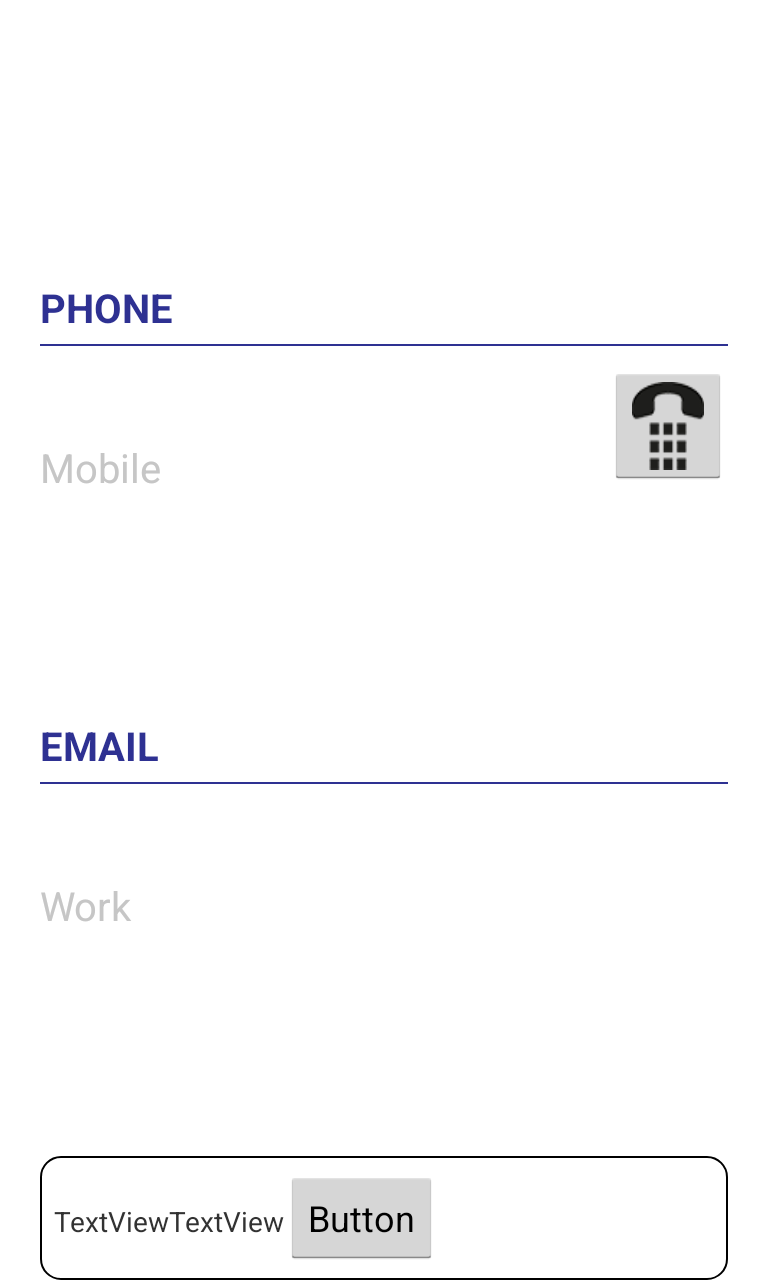
Repository: GitDidNotExitCleanly/FaceLabel
Layout: FaceLabel/res/layout/fragment_member_display.xml
These files come from the project's save history. The layout is drawn as it stood at one moment and after the next save; the edit follows.
It is drawn on a 768 x 1280 px phone screen (xhdpi) without system bars, with theme AppTheme; the app's code is not run.

Above is the layout before, as saved 2015-05-12 17:05:05.

### FaceLabel/res/layout/fragment_member_display.xml
<LinearLayout xmlns:android="http://schemas.android.com/apk/res/android"
    xmlns:tools="http://schemas.android.com/tools"
    android:layout_width="match_parent"
    android:layout_height="match_parent"
    android:gravity="center"
    android:orientation="vertical"
    android:paddingLeft="20dp"
    android:paddingRight="20dp"
    tools:context="com.facelabel.contacts.member.MemberDisplayFragment" >

    <LinearLayout
        android:layout_width="match_parent"
        android:layout_height="wrap_content"
        android:layout_marginBottom="20dp"
        android:layout_marginTop="20dp"
        android:gravity="center" >

        <ImageView
            android:id="@+id/activity_member_photo"
            android:layout_width="100dp"
            android:layout_height="100dp"
            android:scaleType="fitXY" />

        <TextView
            android:id="@+id/activity_member_name"
            android:layout_width="0dp"
            android:layout_height="wrap_content"
            android:paddingLeft="20dp"
            android:textSize="30sp"
            android:layout_weight="1"/>

    </LinearLayout>

    <LinearLayout
        android:layout_width="match_parent"
        android:layout_height="wrap_content"
        android:layout_weight="1"
        android:orientation="vertical" >

        <TextView
            android:layout_width="wrap_content"
            android:layout_height="wrap_content"
            android:text="PHONE"
            android:textStyle="bold"
            android:textColor="#2E3192"
            android:textSize="20sp" />

       	<View
			android:layout_width="fill_parent"
			android:layout_height="1dp"
			android:layout_marginTop="5dp"
			android:layout_marginBottom="10dp"
			android:background="#2E3192"/>

       	<LinearLayout
       	    android:layout_width="match_parent"
       	    android:layout_height="wrap_content"
       	    android:orientation="horizontal" >

       		<LinearLayout
       		    android:layout_width="match_parent"
       		    android:layout_height="wrap_content"
       		    android:layout_weight="1"
       		    android:orientation="vertical" >

       		    <TextView
       		        android:id="@+id/activity_member_phone"
       		        android:layout_width="wrap_content"
       		        android:layout_height="wrap_content"
       		        android:textSize="20sp" />

       		    <TextView
       		        android:layout_width="wrap_content"
       		        android:layout_height="wrap_content"
       		        android:layout_marginBottom="10dp"
       		        android:layout_marginTop="10dp"
       		        android:text="Mobile"
       		        android:textColor="#C6C6C6"
       		        android:textSize="20sp" />
       		</LinearLayout>

       		<ImageButton
       		    android:id="@+id/fragment_member_display_dial"
       		    android:layout_width="120dp"
       		    android:layout_height="60dp"
       		    android:scaleType="fitXY"
       		    android:layout_weight="1"
       		    android:src="@drawable/dial" />

       	</LinearLayout>

    </LinearLayout>

    <LinearLayout
        android:layout_width="match_parent"
        android:layout_height="wrap_content"
        android:layout_weight="1"
        android:orientation="vertical" >

        <TextView
            android:layout_width="wrap_content"
            android:layout_height="wrap_content"
            android:text="EMAIL"
            android:textStyle="bold"
            android:textColor="#2E3192"
            android:textSize="20sp" />

        <View
			android:layout_width="fill_parent"
			android:layout_height="1dp"
			android:layout_marginTop="5dp"
			android:layout_marginBottom="10dp"
			android:background="#2E3192"/>

       	<LinearLayout
            android:layout_width="match_parent"
            android:layout_height="wrap_content"
            android:orientation="vertical" >

            <TextView
				android:id="@+id/activity_member_email"
                android:layout_width="wrap_content"
                android:layout_height="wrap_content"
                android:textSize="20sp" />

            <TextView
                android:layout_width="wrap_content"
                android:layout_height="wrap_content"
                android:layout_marginTop="10dp"
                android:layout_marginBottom="10dp"
                android:textColor="#C6C6C6"
                android:text="Work"
                android:textSize="20sp" />

        </LinearLayout>

    </LinearLayout>

    <LinearLayout
        android:layout_width="match_parent"
        android:layout_height="wrap_content"
        android:background="@drawable/group_list_background" >

        <TextView
            android:id="@+id/textView1"
            android:layout_width="wrap_content"
            android:layout_height="wrap_content"
            android:text="TextView" />

        <TextView
            android:id="@+id/textView2"
            android:layout_width="wrap_content"
            android:layout_height="wrap_content"
            android:text="TextView" />

        <Button
            android:id="@+id/button1"
            android:layout_width="wrap_content"
            android:layout_height="wrap_content"
            android:text="Button" />

    </LinearLayout>

</LinearLayout>

### FaceLabel/res/values/styles.xml
<resources>

    <!--
        Base application theme, dependent on API level. This theme is replaced
        by AppBaseTheme from res/values-vXX/styles.xml on newer devices.
    -->
    <style name="AppBaseTheme" parent="android:Theme.Light">
        <!--
            Theme customizations available in newer API levels can go in
            res/values-vXX/styles.xml, while customizations related to
            backward-compatibility can go here.
        -->
    </style>

    <!-- Application theme. -->
    <style name="AppTheme" parent="AppBaseTheme">
        <!-- All customizations that are NOT specific to a particular API-level can go here. -->
    </style>

    <style name="PopupMenuAnimation" parent="android:Animation">
        <item name="android:windowEnterAnimation">@anim/slide_up_dialog</item>
        <item name="android:windowExitAnimation">@anim/slide_out_down</item>
	</style>

</resources>

### FaceLabel/res/drawable-mdpi/group_list_background.xml
<?xml version="1.0" encoding="utf-8"?>
<shape xmlns:android="http://schemas.android.com/apk/res/android"
    android:shape="rectangle">
    <solid android:color="#ff0000ff"/>
    <stroke android:width="1dp" android:color="#000000" />
    <gradient
        android:startColor="#FFFFFF"
        android:endColor="#FFFFFF"/>
    <padding android:left="7dp"
        android:top="7dp"
        android:right="7dp"
        android:bottom="7dp" />
    <corners android:radius="10dp" />
</shape>

Loaded but not shown: FaceLabel/res/values-v11/styles.xml (common file); FaceLabel/res/values-v14/styles.xml (common file)

After the next save:
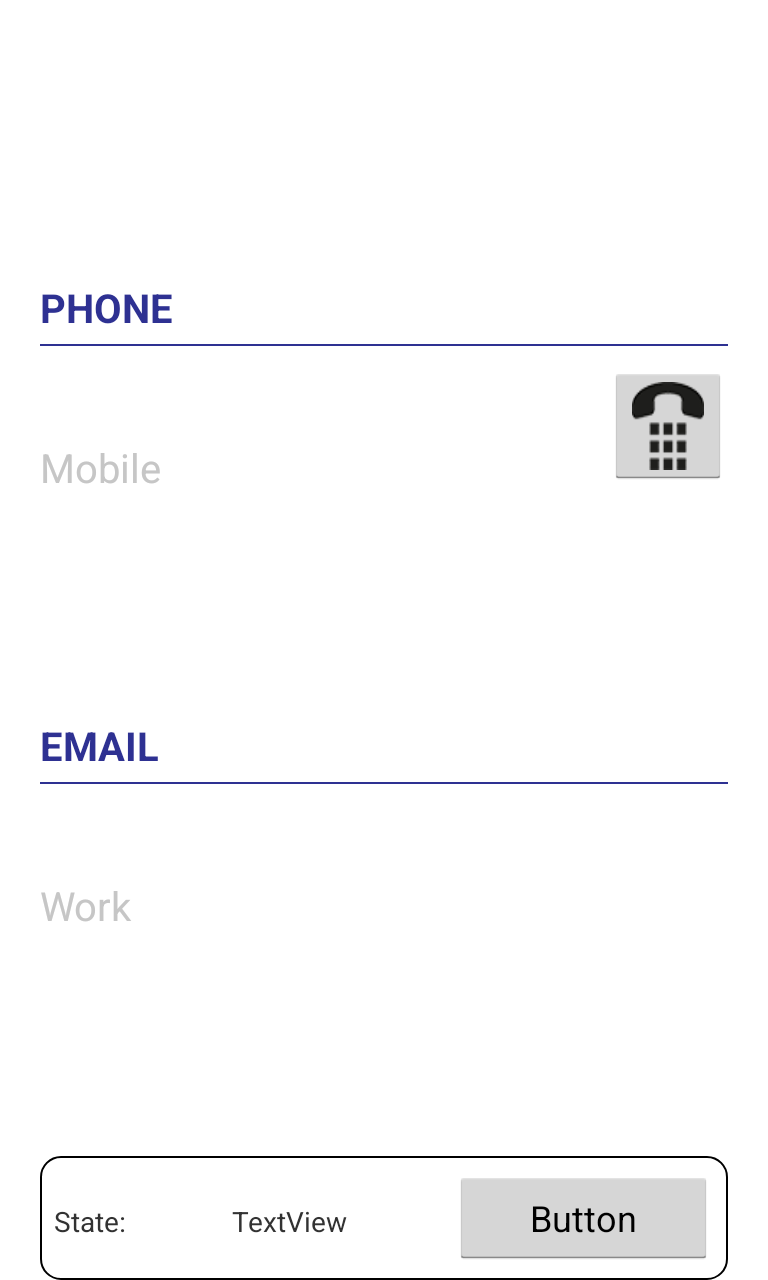
Saved 40 s later.
--- a/FaceLabel/res/layout/fragment_member_display.xml
+++ b/FaceLabel/res/layout/fragment_member_display.xml
@@ -145,18 +145,21 @@
             android:id="@+id/textView1"
             android:layout_width="wrap_content"
             android:layout_height="wrap_content"
-            android:text="TextView" />
+            android:layout_weight="1"
+            android:text="State:" />
 
         <TextView
             android:id="@+id/textView2"
             android:layout_width="wrap_content"
             android:layout_height="wrap_content"
+            android:layout_weight="1"
             android:text="TextView" />
 
         <Button
             android:id="@+id/button1"
             android:layout_width="wrap_content"
             android:layout_height="wrap_content"
+            android:layout_weight="1"
             android:text="Button" />
 
     </LinearLayout>
